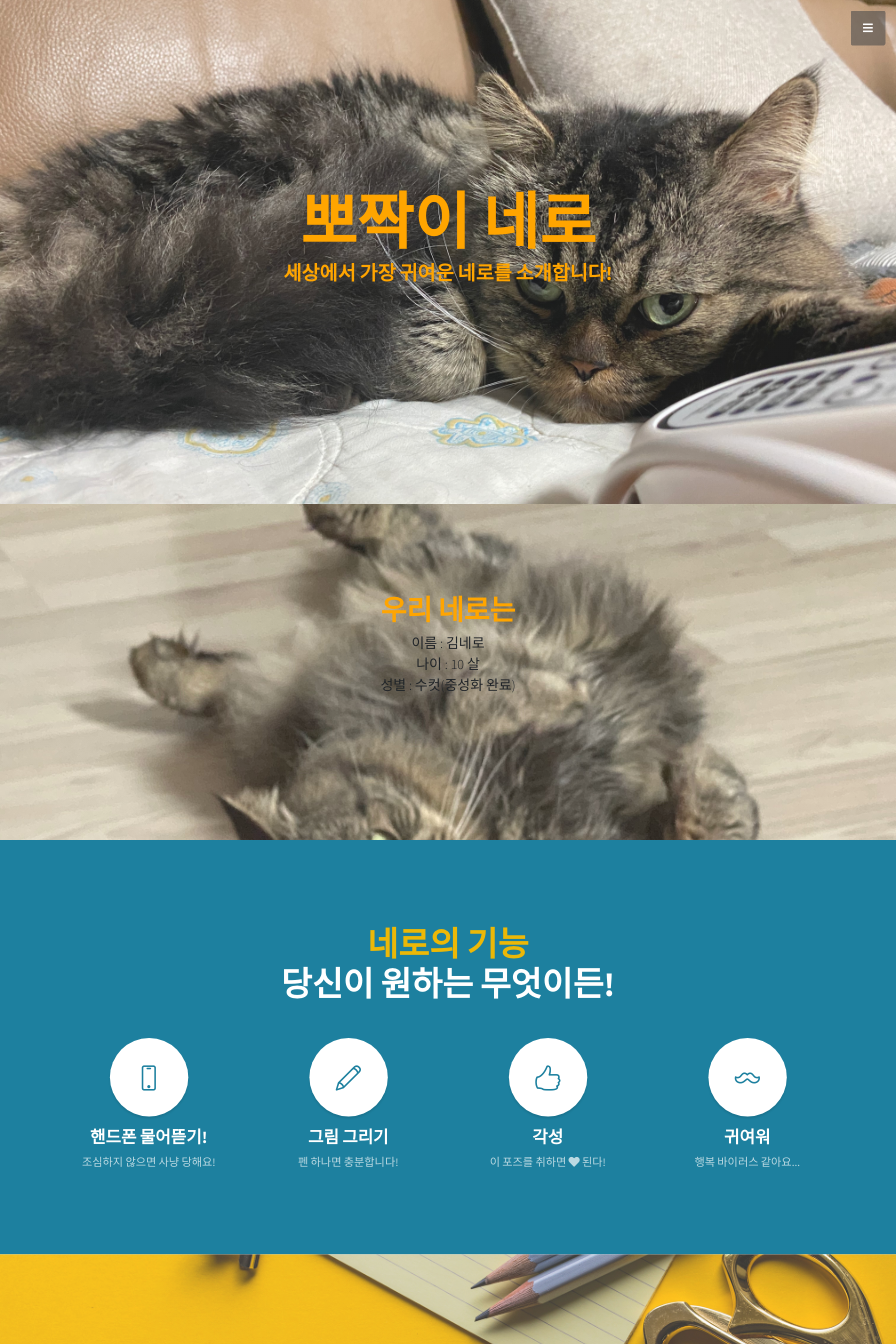
Repository: seungminlll3420/ruby_on_rails
Page: nero/index.html
The author's editor kept a record of every edit. The page is drawn from the files as they stood at one moment, then again after the next edit.
The browser window is 1280 px wide. The pictures show the part of the page from y = 0 to 1920 px (the page is 4765 px tall), at 70% of full size.

Above is the page before.

After the next edit:
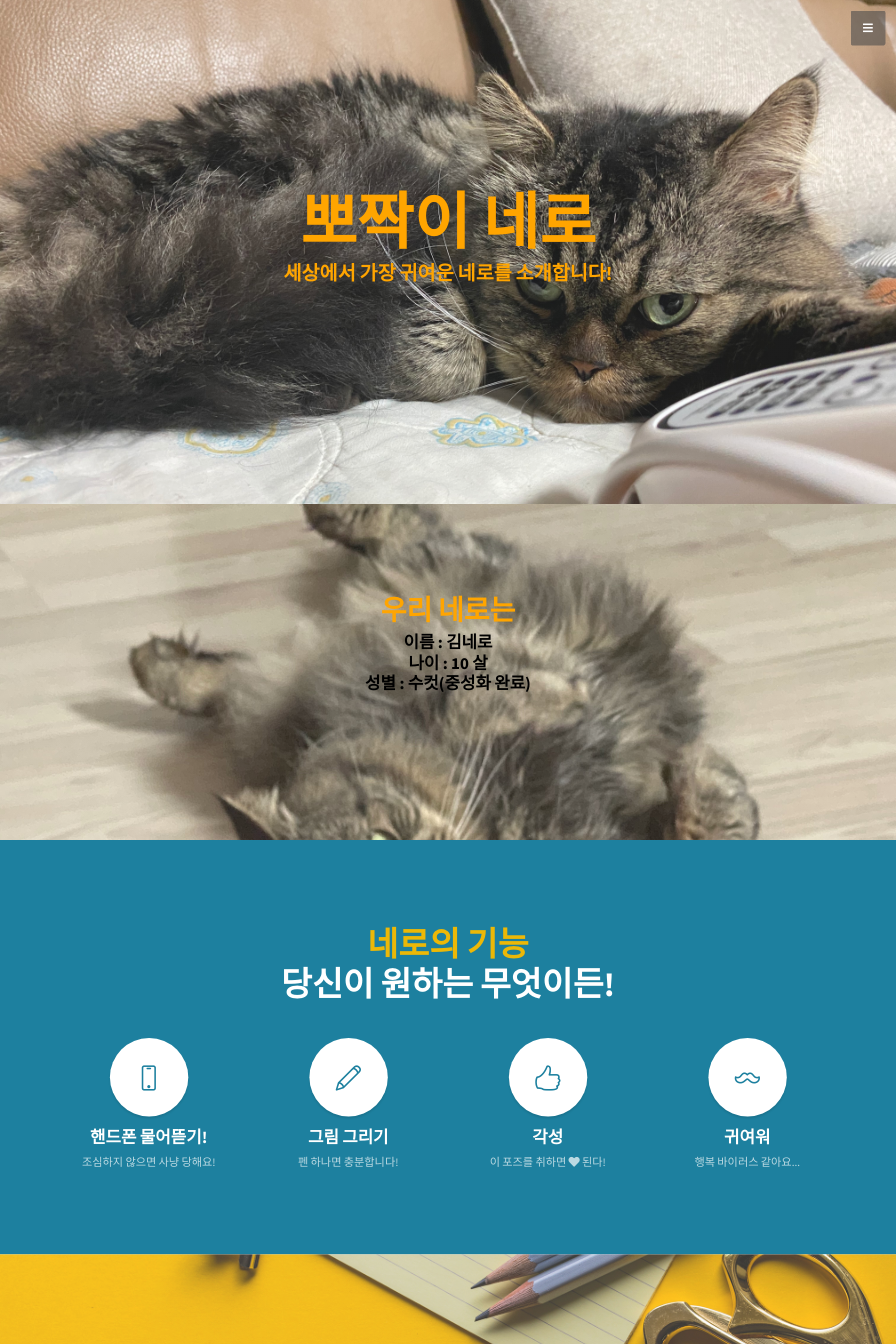
The edit:
--- a/nero/index.html
+++ b/nero/index.html
@@ -70,7 +70,7 @@
       <div class="row">
         <div class="col-lg-10 mx-auto">
           <h1 style="color: orange">우리 네로는</h1>
-          <p class="lead mb-5">이름 : 김네로<br>나이 : 10 살<br> 성별 : 수컷(중성화 완료) </p>
+          <h4 style="color: black">이름 : 김네로<br>나이 : 10 살<br> 성별 : 수컷(중성화 완료) </h4>
 
         </div>
       </div>
